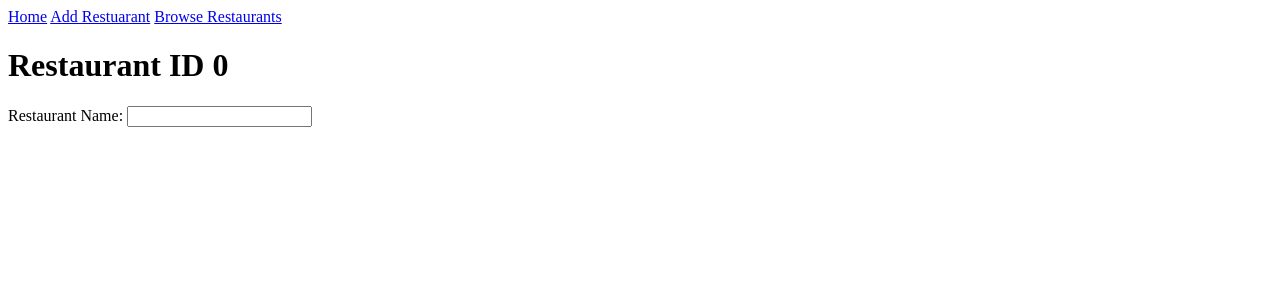
Repository: hudaali14/Carleton
Page: http://localhost/restaurants/0
These files come from the project's save history. The page is drawn as it stood at one moment and after the next save; the edit follows.
The browser window is 1280 px wide. The pictures show the whole page.
The page is served by the project's Node server (server.js).

Above is the page before, as saved 2020-03-12 17:27:52.

After the next save:
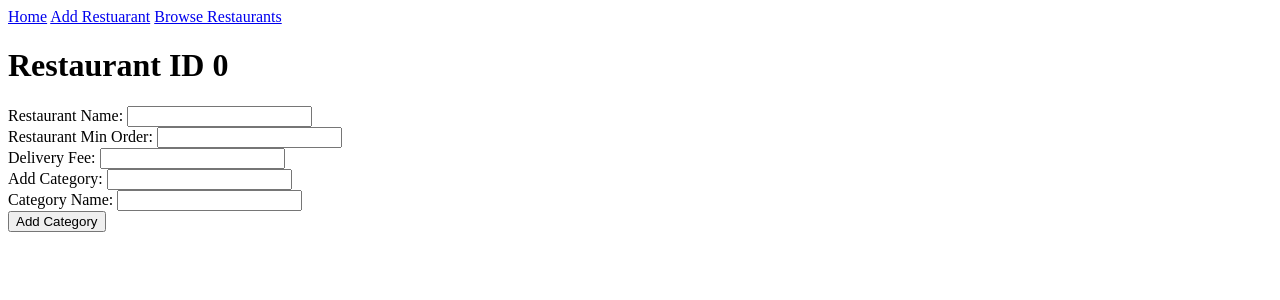
Saved 2 min 58 s later.
--- a/2406/Assignments/Assignment3 (100)/views/pages/restaurantpage.pug
+++ b/2406/Assignments/Assignment3 (100)/views/pages/restaurantpage.pug
@@ -8,3 +8,18 @@ body
     | Restaurant Name:
     input(type= "text", id="restaurantnamepage")
     br
+    | Restaurant Min Order:
+    input(type= "text", id="restaurantname")
+    br
+    | Delivery Fee:
+    input(type= "text", id="restaurantname")
+    br
+
+    | Add Category:
+    input(type= "text", id="restaurantname")
+    br
+
+    | Category Name:
+    input(type= "text", id="restaurantname")
+    br
+    button(type="button", id="submitbutton") Add Category
